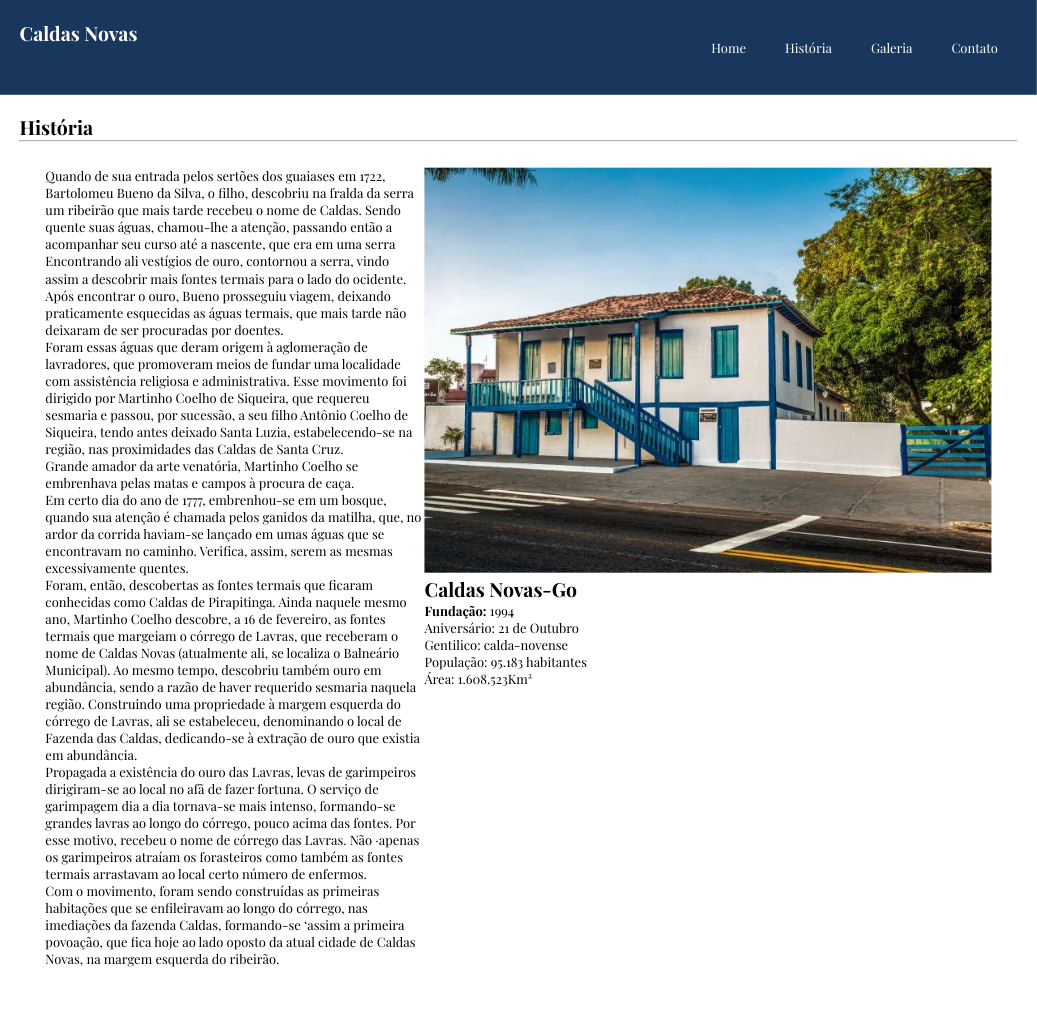
Repository: AbiezerSidonioJoseOdanacaJunior/DesafioLocalTuristico
Page: index.html
An editor plug-in stored every save of this project. The page is shown before and after the next save, followed by the edit.
The browser window is 1280 px wide. The pictures show the whole page, at 81% of full size.
Some web fonts or font styles are not loaded; a fallback is used.

Above is the page before, as saved 2024-11-11 15:47:39.

### index.html
<!DOCTYPE html>
<html lang="pt-br">
<head>
    <link rel="preconnect" href="https://fonts.googleapis.com">
    <link rel="preconnect" href="https://fonts.gstatic.com" crossorigin>
    <meta charset="UTF-8">
    <meta name="viewport" content="width=device-width, initial-scale=1.0">
    <title>Caldas Novas</title>
    <link rel="stylesheet" href="./css/style.css">
    <link href="https://fonts.googleapis.com/css2?family=Alice&family=Playfair+Display:ital,wght@0,400..900;1,400..900&display=swap" rel="stylesheet">
</head>
<body>
    <div id="page">
        <nav>
            <!-- <img src="./img/clds.png" alt="logo Caldas novas"> -->
             <h1>Caldas Novas</h1>
            <ul>
                <li><a href="#home">Home</a></li>
                <li><a href="#history">História</a></li>
                <li><a href="#gallery">Galeria</a></li>
                <li><a href="#contact">Contato</a></li>
            </ul>
        </nav>
        <main>
            <section id="history">
                <h1>História</h1>
                <hr>
               <div id="about">
                <div id="text-history">
                    <p>Quando de sua entrada pelos sertões dos guaiases em 1722, Bartolomeu Bueno da Silva, o filho, descobriu na fralda da serra um ribeirão que mais tarde recebeu o nome de Caldas. Sendo quente suas águas, chamou-lhe a atenção, passando então a acompanhar seu curso até a nascente, que era em uma serra</p>
                    <p>Encontrando ali vestígios de ouro, contornou a serra, vindo assim a descobrir mais fontes termais para o lado do ocidente. Após encontrar o ouro, Bueno prosseguiu viagem, deixando praticamente esquecidas as águas termais, que mais tarde não deixaram de ser procuradas por doentes.</p>
                    <p>Foram essas águas que deram origem à aglomeração de lavradores, que promoveram meios de fundar uma localidade com assistência religiosa e administrativa. Esse movimento foi dirigido por Martinho Coelho de Siqueira, que requereu sesmaria e passou, por sucessão, a seu filho Antônio Coelho de Siqueira, tendo antes deixado Santa Luzia, estabelecendo-se na região, nas proximidades das Caldas de Santa Cruz.</p>
                    <p>Grande amador da arte venatória, Martinho Coelho se embrenhava pelas matas e campos à procura de caça.</p>
                    <p>Em certo dia do ano de 1777, embrenhou-se em um bosque, quando sua atenção é chamada pelos ganidos da matilha, que, no ardor da corrida haviam-se lançado em umas águas que se encontravam no caminho. Verifica, assim, serem as mesmas excessivamente quentes.</p>
                    <p>Foram, então, descobertas as fontes termais que ficaram conhecidas como Caldas de Pirapitinga. Ainda naquele mesmo ano, Martinho Coelho descobre, a 16 de fevereiro, as fontes termais que margeiam o córrego de Lavras, que receberam o nome de Caldas Novas (atualmente ali, se localiza o Balneário Municipal). Ao mesmo tempo, descobriu também ouro em abundância, sendo a razão de haver requerido sesmaria naquela região. Construindo uma propriedade à margem esquerda do córrego de Lavras, ali se estabeleceu, denominando o local de Fazenda das Caldas, dedicando-se à extração de ouro que existia em abundância.</p>
                    <p>Propagada a existência do ouro das Lavras, levas de garimpeiros dirigiram-se ao local no afã de fazer fortuna. O serviço de garimpagem dia a dia tornava-se mais intenso, formando-se grandes lavras ao longo do córrego, pouco acima das fontes. Por esse motivo, recebeu o nome de córrego das Lavras. Não ·apenas os garimpeiros atraíam os forasteiros como também as fontes termais arrastavam ao local certo número de enfermos.</p>
                    <p>Com o movimento, foram sendo construídas as primeiras habitações que se enfileiravam ao longo do córrego, nas imediações da fazenda Caldas, formando-se ‘assim a primeira povoação, que fica hoje ao lado oposto da atual cidade de Caldas Novas, na margem esquerda do ribeirão.</p>
                </div>
                <div id="image-history">
                    <img src="./img/imghistory.jpg" alt="Imagem Caldas">
                    <h2>Caldas Novas-Go</h2>
                    <p><b>Fundação:</b> 1994 </p>
                    <p>Aniversário: 21 de Outubro </p>
                    <p>Gentilico: calda-novense </p>
                    <p>População: 95.183 habitantes</p>
                    <p>Área: 1.608.523Km²</p>
                </div>
               </div>
            </section>
        </main>
    </div>

</body>
</html>

### css/style.css
* {
    padding: 0;
    margin: 0;
}
body{
    font-family: "Playfair Display", serif;
}

nav {
    display: flex;
    background-color: #19375c;
}

nav img {
    width: 116px;
    height: 92px;
}

nav h1{
    color:#fff;
    padding: 24px;
}

ul{
    display: flex;
    padding: 24px;
    margin-left: auto;
}

ul li {
    padding: 24px;
    list-style: none;
}

ul li a {
    text-decoration: none;
    color: #fff;
}

#history {
    padding: 24px;
}

#about {
    display: flex;
    margin: 16px;
    padding: 16px;
}

After the next save:
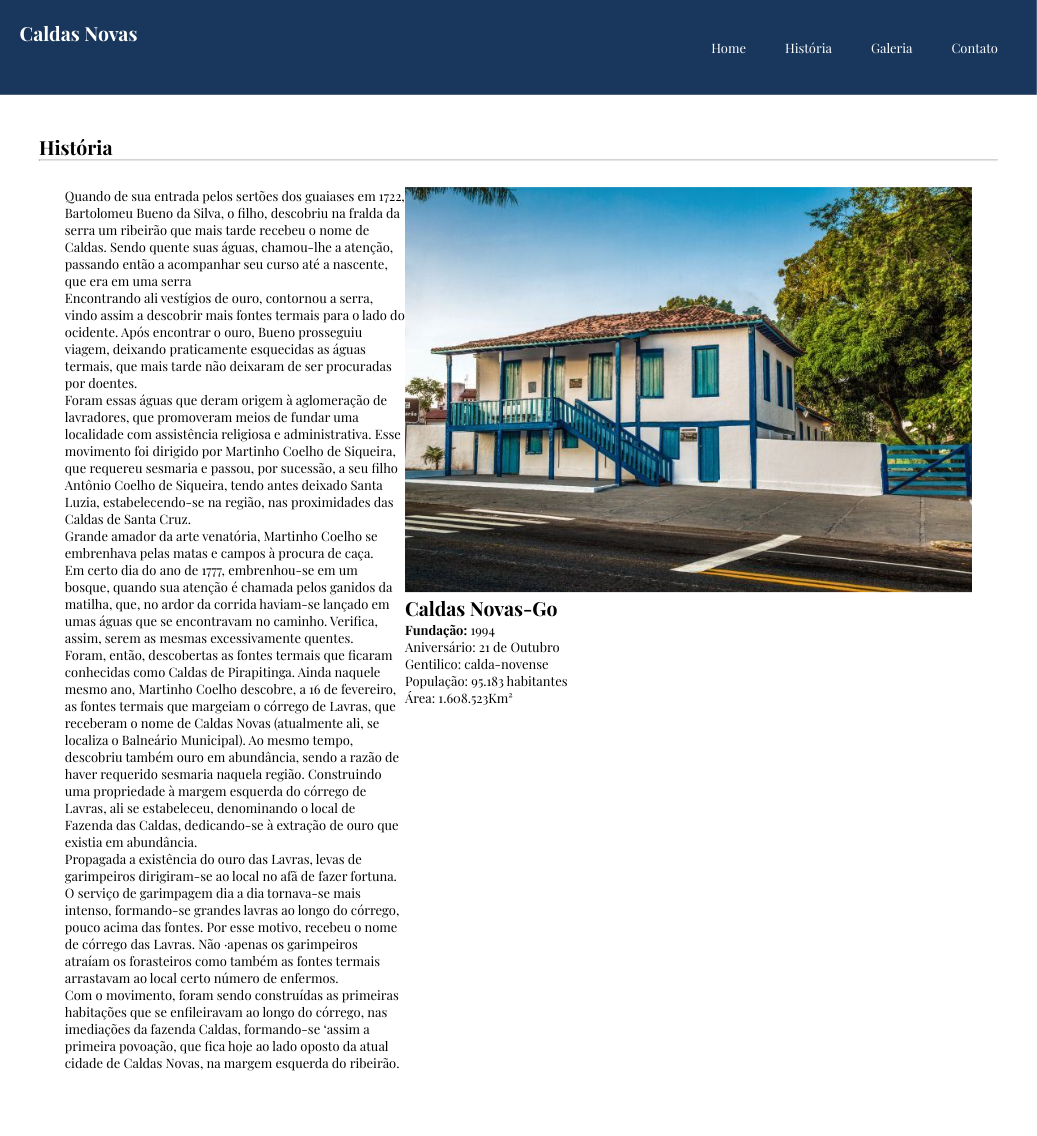
Saved 51 s later.
--- a/css/style.css
+++ b/css/style.css
@@ -39,6 +39,7 @@
 
 #history {
     padding: 24px;
+    margin: 24px;
 }
 
 #about {
